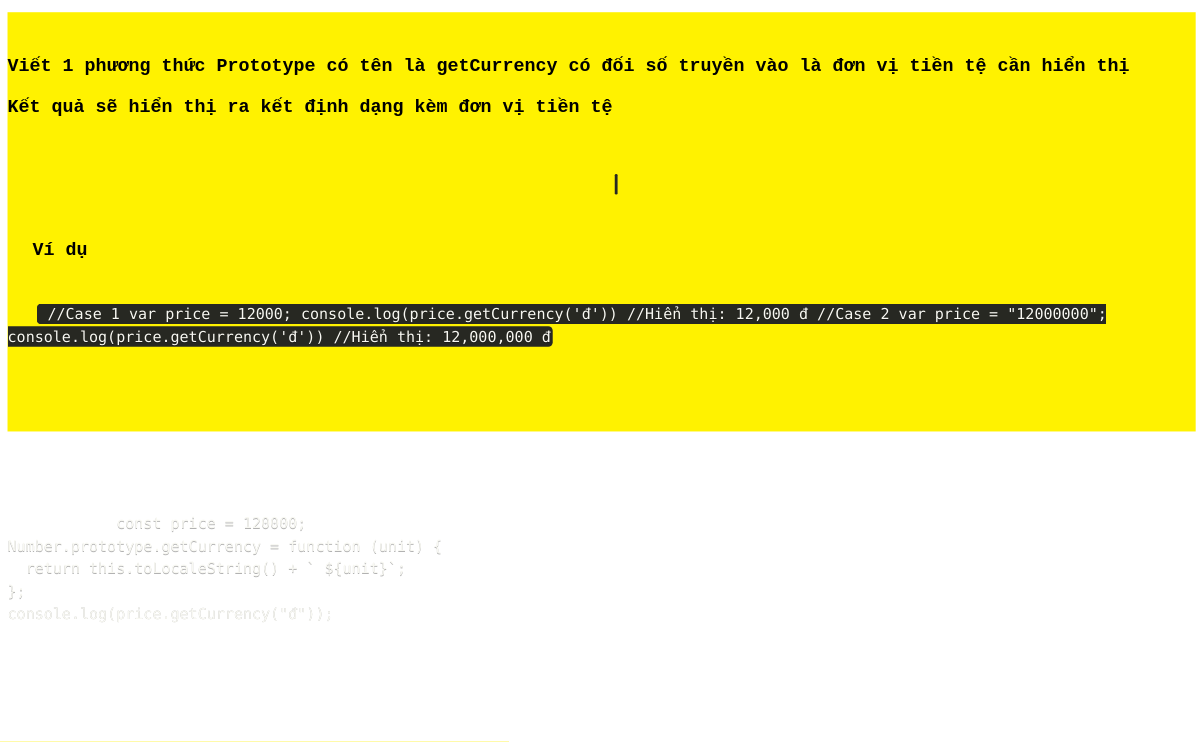
Repository: Dongnguyen318/Quydong
Page: Day 22/ex02.html
These files come from the project's save history. The page is drawn as it stood at one moment and after the next save; the edit follows.
The browser window is 1280 px wide. The pictures show the whole page, at 94% of full size.

Above is the page before, as saved 2023-08-29 23:56:29.

After the next save:
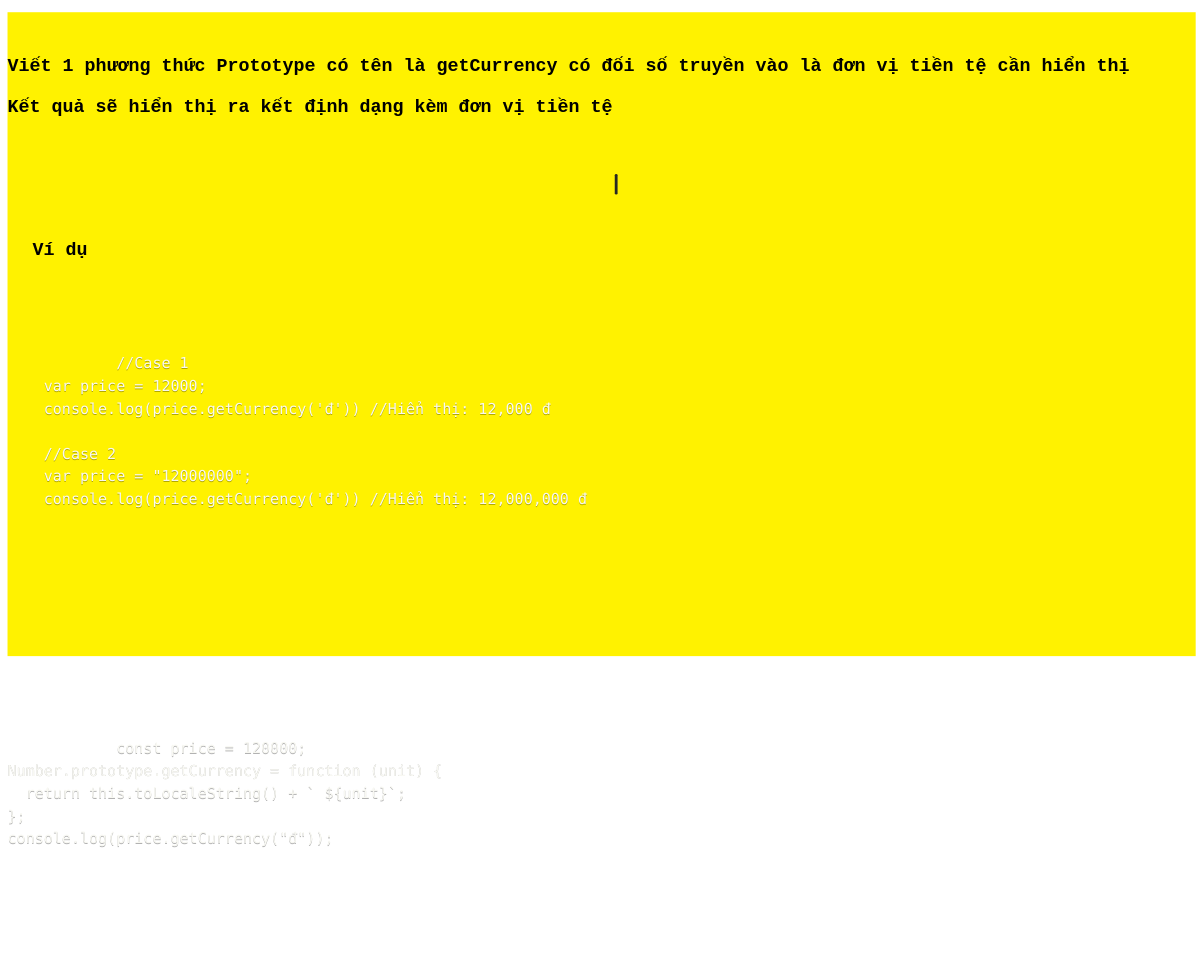
Saved 34 s later.
--- a/Day 22/ex02.html
+++ b/Day 22/ex02.html
@@ -20,15 +20,17 @@ Kết quả sẽ hiển thị ra kết định dạng kèm đơn vị tiền t
     <code class="language-js">
     </code>
     <h2 style="padding: 15px;" > Ví dụ</h2>
-    <code class="language-js" >
-        //Case 1
-var price = 12000;
-console.log(price.getCurrency('đ')) //Hiển thị: 12,000 đ
+    <pre>
+        <code class="language-js" >
+            //Case 1
+    var price = 12000;
+    console.log(price.getCurrency('đ')) //Hiển thị: 12,000 đ
 
-//Case 2
-var price = "12000000";
-console.log(price.getCurrency('đ')) //Hiển thị: 12,000,000 đ
-    </code>
+    //Case 2
+    var price = "12000000";
+    console.log(price.getCurrency('đ')) //Hiển thị: 12,000,000 đ
+        </code>
+    </pre>
 
 
 </p>
